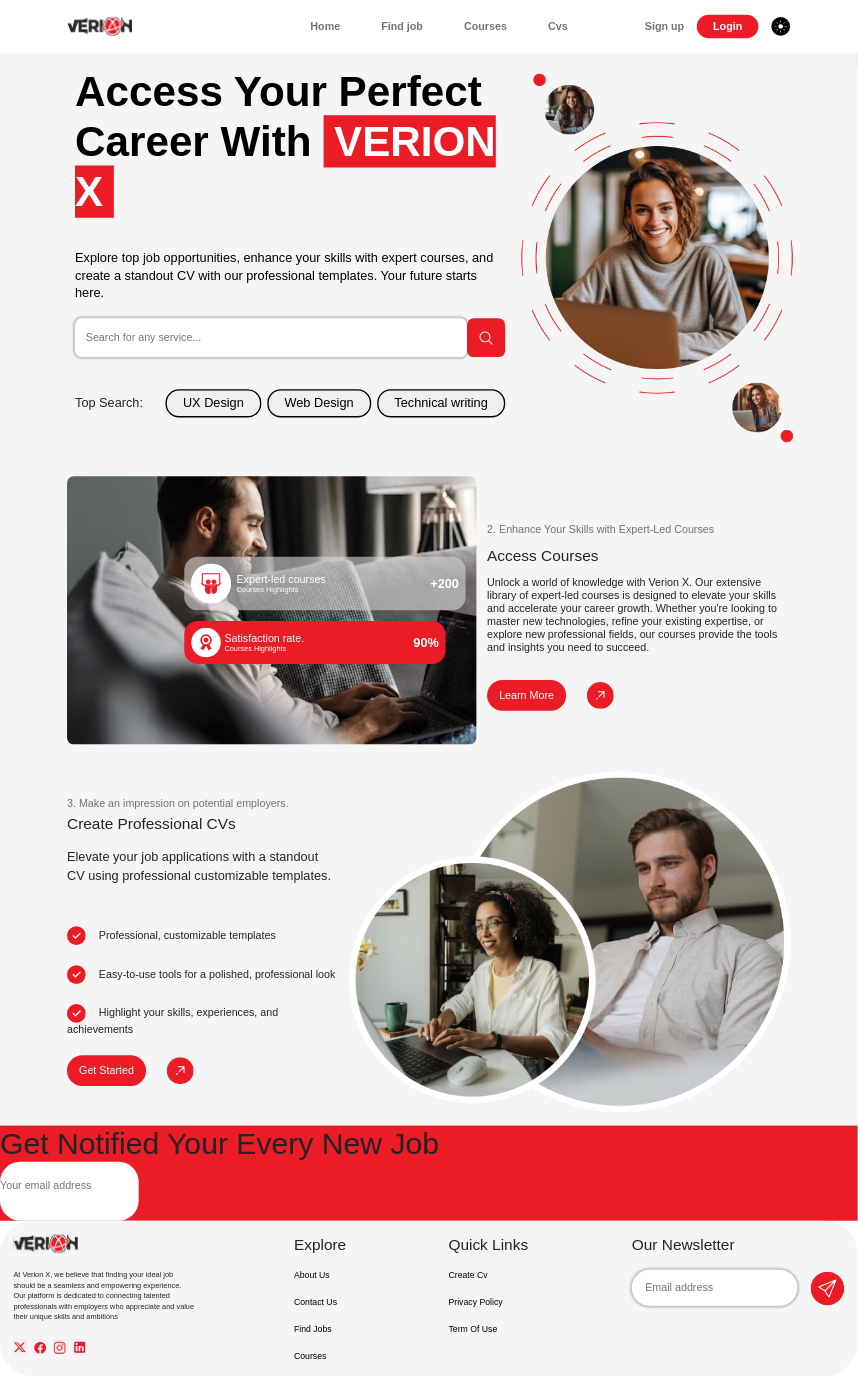
Repository: SahMenz/verionX
Page: /
These files come from the project's save history. The page is drawn as it stood at one moment and after the next save; the edit follows.
The browser window is 1280 px wide. The pictures show the whole page, at 67% of full size.
The project was rebuilt for these pictures with package versions that can differ from the ones it lists, and the page was loaded fresh each time. Also part of the build but not shown: vite.config.js.

Above is the page before, as saved 2024-06-16 16:53:35.

### src/App.jsx
import './App.css'
import Home from './components/home/home'
import 'bootstrap/dist/css/bootstrap.min.css';

function App() {

  return (
    <>
      <div>
          <Home />
      </div>
    </>
  )
}

export default App

### src/index.css
button{
    outline: none;
    border: none;
  }

  input{
    border: none;
    outline: none;
}

### src/App.css
*, *::before, *::after{
  padding: 0px;
  margin: 0px;
  box-sizing: border-box;
  font-family: "Rubik", sans-serif;
}

/* BACKGROUND COLORS */

.bg-f5{
  background-color: #F5F5F5;
}
.bg-eb{
  background-color: #EB1C25;
}
.bg-ff{
  background-color: #fff;
}
.bg-d9{
  background-color: #D9D9D9;
}
.bg-00{
  background-color: #000;
}


/* FONT SIZES */

.txt-11{
  font-size: 11px;
}
.txt-13{
  font-size: 13px;
}
.txt-16{
  font-size: 16px;
}
.txt-19{
  font-size: 19px;
}
.txt-23{
  font-size: 23px;
}
.txt-45{
  font-size: 45px;
}
.txt-63{
  font-size: 63px;
}


/* TEXT COLOR */

.txt-eb{
  color:#EB1C25
}
.txt-f3{
  color: #737373
}
.txt-ff{
  color:#fff
}
.txt-00{
  color: #000;
}


/* FONT WEIGHT */

.fw-400{
  font-weight: 400;
}
.fw-500{
  font-weight: 500;
}
.fw-600{
  font-weight: 600;
}


/* LINE HEIGHT */

.lh-19{
  line-height: 19.2px;
}
.lh-75{
  line-height: 55.6px;
}
.lh-26{
  line-height: 26.38px;
}
.lh-22{
  line-height: 22.8px;
}
.lh-27{
  line-height: 27.6px;
}
.lh-15{
  line-height: 15.89px;
}
.lh-13{
  line-height: 13.2px;
}
.lh-54{
  line-height: 54px;
}
.lh-34{
  line-height: 34.5px;
}
.lh-67{
  line-height: 67.5px;
}
.lh-32{
  line-height: 32.2px;
}
.lh-18{
  line-height: 18.96px;
}

### src/components/home/home.jsx
import Footer from "../footer/footer"
import Navigation from "../navigation/navigation"
import AccessCourses from "./accessCourses/accessCourses"
import CreateProfessionalCv from "./createProfessionalCv/createProfessionalCv"
import GetNotified from "./getNotified/getNotified"
import Hero from "./hero/hero"

function Home() {
  return (
    <div >
        <Navigation />
        <Hero />
        <AccessCourses />
        <CreateProfessionalCv />
        <GetNotified />
        <Footer />
    </div>
  )
}

export default Home

### src/components/footer/footer.jsx
import logo from '../../assets/images/logo.svg';
import CustomSvg from '../customSvg/customSvg';
import './footer.css';

function Footer() {
  return (
    <div className='d-flex bg-f5 justify-content-between footerGeneral gap-5' style={{borderRadius:"50px"}}>
        <div className='d-flex flex-column' style={{width:"272px", height:"166px"}}>
            <img  src={logo} style={{width:"97.2px"}}/>
            <div className='fw-400 lh-15 txt-11 py-4'>
                At Verion X, we believe that finding your ideal job should be a
                seamless and empowering experience. Our platform is dedicated to connecting talented
                professionals with employers who appreciate and value their unique skills and ambitions
            </div>
            <div className='d-flex align-items-center justify-content-between' style={{width:"110px"}}>
                <button><CustomSvg name="x"/></button>
                <button><CustomSvg name="facebook"/></button>
                <button><CustomSvg name="insta"/></button>
                <button><CustomSvg name="linkedin"/></button>
            </div>
        </div>
        <div className='d-flex flex-column justify-content-between' style={{width:"84px", height:"192px"}}>
            <div className='fw-500 txt-23 lh-32'>Explore</div>
            <a href="#" className='txt-00 fw-400 txt-13 lh-18 text-decoration-none'>About Us</a>
            <a href="#" className='txt-00 fw-400 txt-13 lh-18 text-decoration-none'>Contact Us</a>
            <a href="#" className='txt-00 fw-400 txt-13 lh-18 text-decoration-none'>Find Jobs</a>
            <a href="#" className='txt-00 fw-400 txt-13 lh-18 text-decoration-none'>Courses</a>
        </div>
        <div className='d-flex flex-column justify-content-between' style={{width:"127px", height:"152px"}}>
            <div className='fw-500 txt-23 lh-32'>Quick Links</div>
            <a href="#" className='txt-00 fw-400 txt-13 lh-18 text-decoration-none'>Create Cv</a>
            <a href="#" className='txt-00 fw-400 txt-13 lh-18 text-decoration-none'>Privacy Policy</a>
            <a href="#" className='txt-00 fw-400 txt-13 lh-18 text-decoration-none'>Term Of Use</a>
        </div>
        <div className='d-flex flex-column justify-content-between' style={{height:"107px"}}>
            <div className='fw-500 txt-23 lh-32'>Our Newsletter</div>
            <div>
                <input  type='text' placeholder='Email address' style={{marginRight:"20px",borderRadius:"30px", padding:"15px 20px", boxShadow: "0px 0px 3px 3px rgba(0, 0, 0, 0.2)"}}/>
                <button className='bg-f5'><CustomSvg name="telegram"/></button>
            </div>
        </div>
    </div>
  )
}

export default Footer

### src/components/navigation/navigation.jsx
import logo from '../../assets/images/logo.svg'
import CustomSvg from '../customSvg/customSvg'
import './navigation.css'


function Navigation() {

  return (
    <div className="d-flex justify-content-between navContainer">
        <img src={logo} alt="" />
        <div className='d-none d-lg-flex navigationLink justify-content-between align-items-center'>
          <div className='d-flex justify-content-between align-items-center links'>
            <a href="#" className='small-txt lh-19 fw-600 text-decoration-none txt-f3'>Home</a>
            <a href="#" className='small-txt lh-19 fw-600 text-decoration-none txt-f3'>Find job</a>
            <a href="#" className='small-txt lh-19 fw-600 text-decoration-none txt-f3'>Courses</a>
            <a href="#" className='small-txt lh-19 fw-600 text-decoration-none txt-f3'>Cvs</a>
          </div>
          <div className='d-flex justify-content-between align-items-center switchmode'>
            <a href="#" className='small-txt lh-19 fw-600 text-decoration-none txt-f3'>Sign up</a>
            <a href="#" className='small-txt lh-19 fw-600 text-decoration-none txt-ff bg-eb px-4 py-2 rounded-5'>Login</a>
            <button className='bg-ff'><CustomSvg name="switchModes"/></button>
          </div>
        </div>
        <div className=' d-lg-none cursor-pointer' style={{width: "40px", height: "40px", display: 'flex', flexDirection: 'column', alignItems: "center", justifyContent: "center", gap: "5px"}}>
          <div style={{width : "30px", height:"3px", backgroundColor : 'black' }}></div>
          <div style={{width : "30px", height:"3px", backgroundColor : 'black' }}></div>
          <div style={{width : "30px", height:"3px", backgroundColor : 'black' }}></div>
        </div>
    </div>
  )
}

export default Navigation

### src/components/home/accessCourses/accessCourses.jsx
import CustomSvg from "../../customSvg/customSvg";
import './accessCourses.css';

function AccessCourses() {
  return (
    <div className="d-flex flex-column bg-f5 flex-xl-row accessGeneral  align-items-center">
        <div className="manPressingLaptop" style={{maxWidth:"611px", position:"relative"}}>
            <div className="imagetext d-none d-lg-block" style={{position:"absolute"}}>
                <div className="d-flex align-items-center opacebackground justify-content-between mb-3" style={{padding:"10px", borderRadius:"20px", maxWidth:"455px"}}>
                    <CustomSvg name="expertLedCourses"/>
                    <div className="d-flex ps-2 justify-content-between align-items-center" style={{width:"340px"}}>
                        <div className="d-flex flex-column" >
                            <div className="txt-ff fw-500 txt-16 lh-19">Expert-led courses</div>
                            <div className="txt-11 txt-ff fw-500 lh-13">Courses Highlights</div>
                        </div>
                        <div className="fw-600 txt-19 lh-22 txt-ff">+200</div>
                    </div>
                </div>
                <div className="bg-eb d-flex align-items-center justify-content-between" style={{padding:"10px", borderRadius:"20px", maxWidth:"390px"}}>
                    <CustomSvg name="satisfactionrate"/>
                    <div className="d-flex justify-content-between align-items-center" style={{width:"320px"}}>
                        <div className="d-flex flex-column" >
                            <div className="txt-ff fw-500 txt-16 lh-19">Satisfaction rate.</div>
                            <div className="txt-11 txt-ff fw-500 lh-13">Courses Highlights</div>
                        </div>
                        <div className="fw-600 txt-19 lh-22 txt-ff">90%</div>
                    </div>
                </div>
            </div>
        </div>
        <div className=" ms-xl-3"  style={{maxWidth:"576px"}}>
            <p className="txt-f3 fw-500 lh-19 enhance" style={{maxWidth:"370px"}}>2. Enhance Your Skills with Expert-Led Courses</p>
            <p className="fw-500 lh-27 access" style={{maxWidth:"300px"}}>Access Courses</p>
            <p className="fw-400 lh-19 pb-4 unlock" style={{maxWidth:"576px"}}>
                Unlock a world of knowledge with Verion X. Our extensive library of expert-led courses is designed to elevate your skills and accelerate your career growth. Whether you&apos;re looking to master new technologies, refine your existing expertise, or explore new professional fields, our courses provide the tools and insights you need to succeed.
            </p>
            <div className="d-flex align-items-center justify-content-between" style={{width:"189px"}}>
                <button className="bg-eb txt-ff" style={{padding:"11px 18px", borderRadius:"30px"}}>Learn More</button>
                <CustomSvg name="arrowTopRight" className=""/>
            </div>
        </div>
    </div>
  )
}

export default AccessCourses

### src/components/home/createProfessionalCv/createProfessionalCv.jsx
import createProfessionalImage from '../../../assets/images/createProfessionalImage.png';
import CustomSvg from '../../customSvg/customSvg';
import './createProfessionalCv.css';

function CreateProfessionalCv() {
  return (
    <div className='d-flex flex-column createGeneral bg-f5 flex-xl-row align-items-center'>
        <div style={{maxWidth:"507px"}}>
            <div className='fw-500 lh-19 txt-16 txt-f3 adjustText' style={{margin:"0px 0px 8px 0px"}}>3. Make an impression on potential employers.</div>
            <div className='fw-500 lh-27 txt-23 adjust23' style={{margin:"0px 0px 20px 0px"}}>Create Professional CVs</div>
            <div className='fw-400 txt-19 lh-23 adjust19' style={{margin:"0px 0px 60px 0px"}}>Elevate your job applications with a standout CV using professional customizable templates.</div>
            <div className='fw-400 txt-16 lh-19 adjustText' style={{marginBottom:"29px"}}><CustomSvg name="createProfessionalTick"/> <span style={{marginLeft:"15px"}}>Professional, customizable templates</span></div>
            <div className='fw-400 txt-16 lh-19 adjustText' style={{marginBottom:"29px"}}><CustomSvg name="createProfessionalTick"/> <span style={{marginLeft:"15px"}}>Easy-to-use tools for a polished, professional look</span></div>
            <div className='fw-400 txt-16 lh-19 adjustText' style={{marginBottom:"29px"}}><CustomSvg name="createProfessionalTick"/> <span style={{marginLeft:"15px"}}>Highlight your skills, experiences, and achievements</span></div>
            <div className="d-flex align-items-center justify-content-between" style={{width:"189px"}}>
                <button className="bg-eb txt-ff" style={{padding:"11px 18px", borderRadius:"30px"}}>Get Started</button>
                <CustomSvg name="arrowTopRight" className=""/>
            </div>
        </div>
        <img src={createProfessionalImage} className='mt-5 mt-xl-0 mixedImage ms-xl-3' style={{maxWidth:"659px"}}/>
    </div>
  )
}

export default CreateProfessionalCv

### src/components/home/getNotified/getNotified.jsx
function GetNotified() {
  return (
    <div>
        <div className="bg-eb">
            <div className="fw-500 txt-45 lh-54">Get Notified Your Every New Job </div>
            <input type="text" placeholder="Your email address" style={{borderRadius:"30px", padding:" 24px 0px 40px"}}/>
        </div>
        <div></div>
    </div>
  )
}

export default GetNotified

### src/components/home/hero/hero.jsx
import accesYourPerfectImage from '../../../assets/images/accesYourPerfectImage.png';
import CustomSvg from '../../customSvg/customSvg';
import './hero.css';

function Hero() {
  return (
    <div className='bg-f5 heroGeneral d-flex flex-column flex-xl-row justify-content-center justify-content-between align-items-center' style={{}}>
        <div style={{maxWidth:"733px"}} className=' textcontainer mb-5 mx-xxl-1 px-xxl-0 d-flex flex-column container '>
            <div className='txt-63 lh-75 txt-ff fw-600 txt-00 largeTxt mb-5' >Access Your Perfect Career With <span className='bg-eb fw-600 txt-ff py-1 px-3'>VERION X</span></div>
            <div className='txt-00 lh-26 mb-4 exploretxt' style={{maxWidth:"630px"}}>
                Explore top job opportunities, enhance your skills with expert courses, and create a standout CV with our professional templates. Your future starts here.
            </div>
            <div className="d-flex">
                <input type="text" className='p-3 container mb-xl-5' placeholder="Search for any service..."  style={{borderRadius:"10px", boxShadow: "0px 0px 3px 3px rgba(0, 0, 0, 0.2)"}} />
                <button className="bg-eb p-3 mb-xl-5" style={{borderRadius:"10px", border:"none"}}><CustomSvg name="search"/></button>
            </div>
            <div className='d-none d-xl-flex align-items-center justify-content-between'style={{width:"642px"}} >
                <div className='txt-19 lh-26 txt-500'>Top Search:</div>
                <div className='d-flex align-items-center justify-content-between' style={{width:"507px"}}>
                    <button style={{borderRadius:"20px",border: "2px solid black"}}><div className='px-4 py-2 txt-19 lh-22 txt-500'>UX Design</div></button>
                    <button style={{borderRadius:"20px",border: "2px solid black"}}><div className='px-4 py-2 txt-19 lh-22 txt-500'>Web Design</div></button>
                    <button style={{borderRadius:"20px",border: "2px solid black"}}><div className='px-4 py-2 txt-19 lh-22 txt-500'>Technical writing</div></button>
                </div>
            </div>
        </div>
        <img src={accesYourPerfectImage} className='container mx-xxl-1 px-xxl-0' style={{Width:"65vw", maxWidth:"430px"}} alt="three images" />
    </div>
  )
}

export default Hero

### src/components/footer/footer.css
.footerGeneral{
    padding: 20px 20px;
    flex-wrap: wrap
}

@media (min-width:1400px){
    .footerGeneral{
        padding: 64px 109px
    }
}

### src/components/navigation/navigation.css
.navContainer{
    padding: 22px 100px;
    box-shadow: 0px 10px 10px 10px rgba(0, 0, 0, 0.2);
}

.navigationLink{
    width: 56vw;
    min-width: 600px;
    max-width: 888px;
}
.links{
    width: 30vw;
    min-width: 300px;
    max-width: 482px;
}
.switchmode{
    width: 17vw;
    min-width: 200px;
    max-width: 254px;
}
@media screen and (min-width:325px) and (max-width:988px) {
    .navContainer{
        padding: 18px 60px;
    }
}

### src/components/home/accessCourses/accessCourses.css
.accessGeneral{
    padding: 10px 20px;
}
.enhance{
    font-size: 4vw;
    margin-top: 20px;
}
.access{
    font-size: 6vw;
}
.unlock{
    font-size: 4vw;
}
.opacebackground{
    background-color:rgba(217, 217, 217, 0.6);
}
.manPressingLaptop{
    background-image: url('../../../assets/images/accessCoursesImage.png');
    background-size: cover;
    border-Radius: 10px;
    background-position: center;
    height: 400px;
    width: 65vw;
    background-size: cover;
    background-position: center;
}
.imagetext{
    position: absolute;
    top: 50%;
    left: 63%;
    transform: translate(-50%, -50%);
}

@media (min-width: 478px) {
    .enhance{
        font-size: 3vw;
    }
    .access{
        font-size: 5vw;
    }
    .unlock{
        font-size: 3vw;
    }
}
@media (min-width: 665px) {
    .enhance{
      font-size: 2.5vw;
    }
    .access{
      font-size:4.5vw;
    }
    .unlock{
        font-size: 2.5vw;
    }
}
@media (min-width:730px){
    .accessGeneral{
      padding: 20px 100px;
    }
    .enhance{
        font-size: 16px;
      }
      .access{
        font-size:23px;
      }
      .unlock{
          font-size: 16px;
      }
  }
  @media (min-width:1400px){
    .accessGeneral{
        justify-content: space-between!important;
    }
  }

### src/components/home/createProfessionalCv/createProfessionalCv.css
.createGeneral{
    padding: 10px 20px;
}
.mixedImage{
    width: 85vw;
}
.adjustText{
    font-size: 4vw;
}
.adjust19{
    font-size: 5vw;
}
.adjust23{
    font-size: 6vw;
}
@media (min-width: 478px) {
    .adjustText{
        font-size: 3.5vw;
    }
    .adjust19{
        font-size: 4.5vw;
    }
    .adjust23{
        font-size: 5.5vw;
    }
}
@media (min-width: 560px) {
    .adjustText{
        font-size: 3vw;
    }
    .adjust19{
        font-size: 4vw;
    }
    .adjust23{
        font-size: 5vw;
    }
}
@media (min-width:630px){
    .createGeneral{
        padding: 20px 100px;
    }
    .adjustText{
        font-size: 16px;
    }
    .adjust19{
        font-size: 19px;
    }
    .adjust23{
        font-size: 23px;
    }
}
@media (min-width:1400px){
    .createGeneral{
        justify-content: space-between;
    }
}

### src/components/home/hero/hero.css
  .largeTxt{
    font-size: 10vw;
  }
  .exploretxt{
    font-size: 4vw;
  }
  .heroGeneral{
    padding: 10px 20px;
  }
  @media (min-width: 478px) {
    .largeTxt{
      line-height: 75px;
    }
    .exploretxt{
      font-size: 3vw;
    }
  }
  @media (min-width: 632px) {
    .largeTxt{
      font-size: 9vw;
    }
    .exploretxt{
      font-size:2.5vw;
    }
  }
  @media (min-width:730px){
    .largeTxt{
      font-size: 63px;
    }
    .exploretxt{
      font-size: 19px;
    }
    .heroGeneral{
      padding: 20px 100px;
    }
  }
  @media(min-width:1400){
    .heroGeneral{
      justify-content: space-between;
    }
  }

Loaded but not shown: src/main.jsx (common file); src/components/customSvg/customSvg.jsx (186 lines, source omitted)

After the next save:
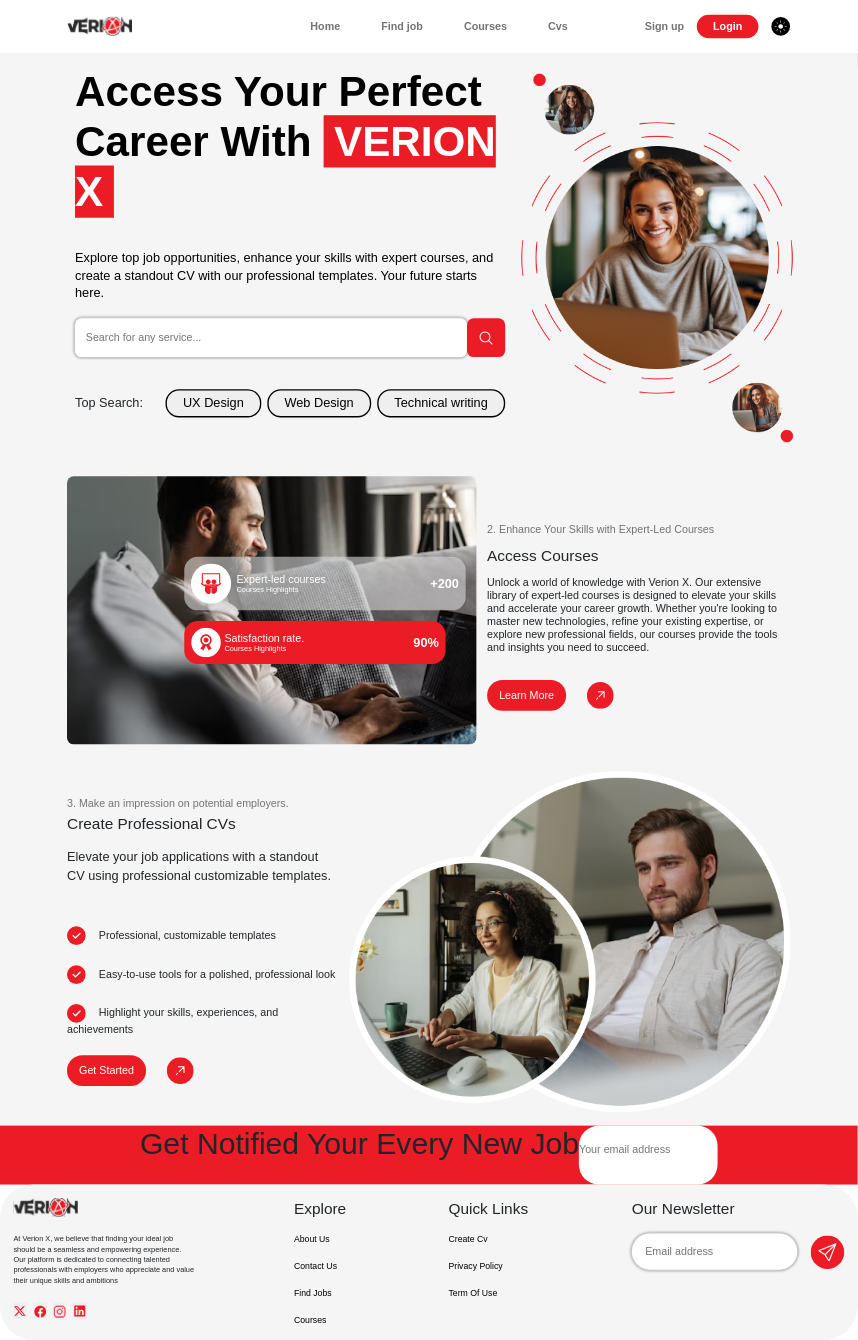
Saved 27 s later.
--- a/src/components/home/getNotified/getNotified.jsx
+++ b/src/components/home/getNotified/getNotified.jsx
@@ -1,7 +1,7 @@
 function GetNotified() {
   return (
     <div>
-        <div className="bg-eb">
+        <div className="bg-eb d-flex justify-content-center align-Items-center">
             <div className="fw-500 txt-45 lh-54">Get Notified Your Every New Job </div>
             <input type="text" placeholder="Your email address" style={{borderRadius:"30px", padding:" 24px 0px 40px"}}/>
         </div>
